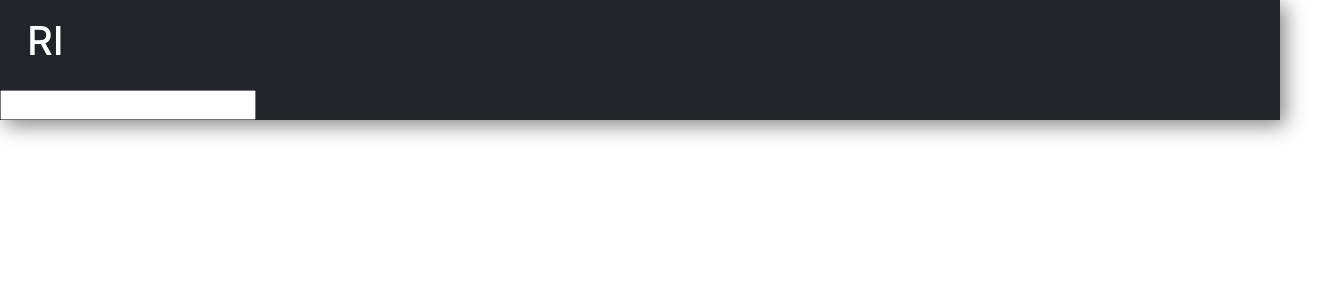
Repository: KodandaraoChellapilli/e-store
Page: /
The author's editor kept a copy of each file at every save. The page is drawn from the files as they stood at one save, then again after the next save.
The browser window is 1280 px wide. The page is 1318 px wide, so the pictures cover 1318 px, including what lies to the right of the window. The pictures show the whole page.
The project was rebuilt for these pictures with package versions that can differ from the ones it lists, and the page was loaded fresh each time.

Above is the page before, as saved 2025-06-04 12:12:52.

### public/index.html
<!DOCTYPE html>
<html lang="en">
  <head>
    <meta charset="utf-8" />
    <link rel="icon" href="%PUBLIC_URL%/favicon.ico" />
    <meta name="viewport" content="width=device-width, initial-scale=1" />
    <meta name="theme-color" content="#000000" />
    <meta
      name="description"
      content="Web site created using create-react-app"
    />
    <link rel="apple-touch-icon" href="%PUBLIC_URL%/logo192.png" />
    <!--
      manifest.json provides metadata used when your web app is installed on a
      user's mobile device or desktop. See https://developers.google.com/web/fundamentals/web-app-manifest/
    -->
    <link rel="manifest" href="%PUBLIC_URL%/manifest.json" />

    <link href="https://cdn.jsdelivr.net/npm/bootstrap@5.3.6/dist/css/bootstrap.min.css" rel="stylesheet" integrity="sha384-4Q6Gf2aSP4eDXB8Miphtr37CMZZQ5oXLH2yaXMJ2w8e2ZtHTl7GptT4jmndRuHDT" crossorigin="anonymous">
    <!--
      Notice the use of %PUBLIC_URL% in the tags above.
      It will be replaced with the URL of the `public` folder during the build.
      Only files inside the `public` folder can be referenced from the HTML.

      Unlike "/favicon.ico" or "favicon.ico", "%PUBLIC_URL%/favicon.ico" will
      work correctly both with client-side routing and a non-root public URL.
      Learn how to configure a non-root public URL by running `npm run build`.
    -->
    <title>React App</title>
  </head>
  <body>
    <noscript>You need to enable JavaScript to run this app.</noscript>
    <div id="root"></div>
    <!--
      This HTML file is a template.
      If you open it directly in the browser, you will see an empty page.

      You can add webfonts, meta tags, or analytics to this file.
      The build step will place the bundled scripts into the <body> tag.

      To begin the development, run `npm start` or `yarn start`.
      To create a production bundle, use `npm run build` or `yarn build`.
    -->
  </body>
</html>

### src/App.js
import logo from './logo.svg';
import './App.css';

function App() {
  return (
    <div className="App">
      <div className='header bg-dark'>
        <div className = 'row'>
          <div className='brand my-1'>
            <h1>RI</h1>
          </div>

          <div className='inp-container'>
            <input className= '' />

          </div>

        </div>

      </div>

    </div>
  );
}

export default App;

### src/App.css
.header{
  max-width: 100%;
  box-shadow: 5px 5px 20px gray;
}

.brand{
  color:white;
  margin-left: 2%;
  padding: 0.8em;
}

Loaded but not shown: src/index.js (common file); src/index.css (common file); src/reportWebVitals.js (common file)

After the next save:
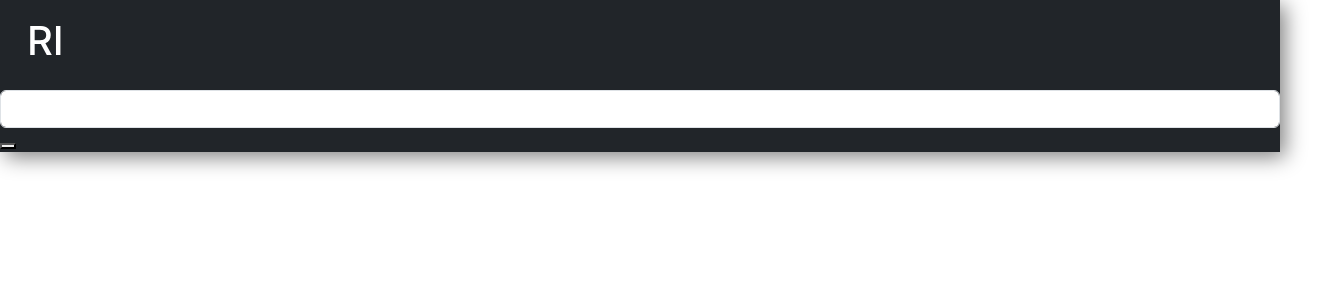
Saved 55 s later.
--- a/src/App.js
+++ b/src/App.js
@@ -11,7 +11,8 @@ function App() {
           </div>
 
           <div className='inp-container'>
-            <input className= '' />
+            <input className= 'form-control' />
+            <button></button>
 
           </div>
 
